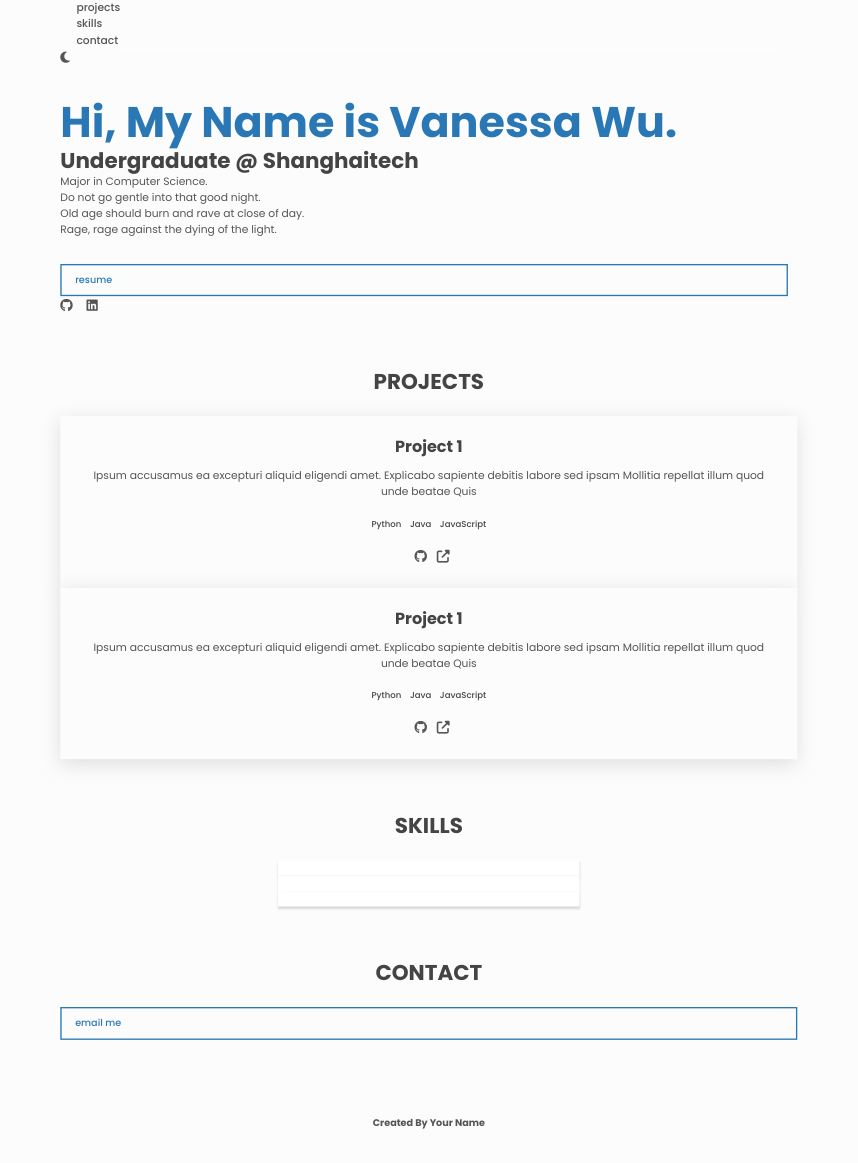
Repository: indiansummer1022/Cubstart
Page: Web Track/hw1/index.html
The author's editor kept a copy of each file at every save. The page is drawn from the files as they stood at one save, then again after the next save.
The browser window is 1280 px wide. The pictures show the whole page, at 67% of full size.
Some web libraries are served in a nearby version.

Above is the page before, as saved 2022-02-15 23:18:38.

### Web Track/hw1/index.html
<!DOCTYPE html>
<html lang="en">

<head>
  <meta charset="UTF-8" />
  <meta name="viewport" content="width=device-width, initial-scale=1" />
  <meta name="description" content="Portfolio" />
  <link rel="preconnect" href="https://fonts.googleapis.com" />
  <link rel="preconnect" href="https://fonts.gstatic.com" crossorigin />
  <link href="https://fonts.googleapis.com/css2?family=Poppins:wght@400;500;700&display=swap" rel="stylesheet" />
  <script src="https://kit.fontawesome.com/fa62c117c7.js" crossorigin="anonymous"></script>
  <!-- BEGIN PART 1 -->
  <link rel="stylesheet" href ="styles.css">
  <title>Vanessa Wu</title>
  <!-- END PART 1 -->
</head>

<body class="light" id="top">
  <header class="header center">
    <!-- BEGIN PART 2 -->
    <h3>
        <a href="/"></a>
    </h3>
    <!-- END PART 2 -->
    <nav class="nav center">
      <ul class="nav__list center">
        <li class="nav__list-item">
          <a class="link link--nav" href="#projects">Projects</a>
        </li>
        <li class="nav__list-item">
          <a class="link link--nav" href="#skills">Skills</a>
        </li>
        <li class="nav__list-item">
          <a class="link link--nav" href="#contact">Contact</a>
        </li>
      </ul>

      <!-- BEGIN PART 5 -->

      <button type="button" aria-label="toggle theme" class="btn btn--icon">
        <i id="btn-theme" class="fas fa-moon"></i>
      </button>

      <!--
        5.1: What does this button tag correspond to on the site?

        Corresponds to the moon icon on top left of the page which to change the light/ dark theme of the website.

      -->

      <button type="button" aria-label="toggle navigation" class="btn btn--icon nav__hamburger">
        <i class="fas fa-bars"></i>
      </button>

      <!--
        5.2: Try Ctrl-F in styles.css and look the class 'nav__hamburger'. You'll notice that it
        appears in 2 places. Why is one of the rules 'display: none' on one instance? How do you
        make it so that this button appears on screen?
        Hint: remember what @media (max-width: 600px) means.

        1. @media (max-width: 600px) is for mobile so hamburger is set to appear on the screen if it is the mobile version.
        The element is hidden if it is the desktop version. [referring: @hannahmcg]
        2. Change 'display: none' to flex so this button will appear.

      -->

      <!-- END PART 5 -->
    </nav>
  </header>

  <main>
    <div class="about center">
      <!-- BEGIN PART 6 -->
      <h1 class="about__name">
        Hi, My Name is Vanessa Wu.
      </h1>
      <h2 class="about_role">
        Undergraduate @ Shanghaitech
      </h2>
      <p class="about-desc">
        Major in Computer Science. <br>
        Do not go gentle into that good night. <br>
        Old age should burn and rave at close of day. <br>
        Rage, rage against the dying of the light. <br>
      </p>
      <!-- END PART 6 -->
      <div class="about__contact center">
        <a href="https://example.com">
          <span class="btn btn--outline">Resume</span>
        </a>

        <a href="https://github.com/" aria-label="github" class="link link--icon">
          <i aria-hidden="true" class="fab fa-github"></i>
        </a>

        <a href="https://linkedin.com/in/" aria-label="linkedin" class="link link--icon">
          <i aria-hidden="true" class="fab fa-linkedin"></i>
        </a>
      </div>
    </div>
    <section id="projects" class="section projects">
      <h2 class="section__title">Projects</h2>
      <div class="projects__grid">
        <!-- BEGIN PART 8 -->
        <div class="project">
          <h3>Project 1</h3>
          <p class="project__description">
            Ipsum accusamus ea excepturi aliquid eligendi amet. Explicabo
            sapiente debitis labore sed ipsam Mollitia repellat illum quod
            unde beatae Quis
          </p>
          <ul class="project__stack">
            <li class="project__stack-item">Python</li>
            <li class="project__stack-item">Java</li>
            <li class="project__stack-item">JavaScript</li>
          </ul>

          <a href="https://github.com" aria-label="source code" class="link link--icon">
            <i aria-hidden="true" class="fab fa-github"></i>
          </a>
          <a href="https://example.com" aria-label="live preview" class="link link--icon">
            <i aria-hidden="true" class="fas fa-external-link-alt"></i>
          </a>
        </div>

        <div class="project">
          <h3>Project 1</h3>
          <p class="project__description">
            Ipsum accusamus ea excepturi aliquid eligendi amet. Explicabo
            sapiente debitis labore sed ipsam Mollitia repellat illum quod
            unde beatae Quis
          </p>
          <ul class="project__stack">
            <li class="project__stack-item">Python</li>
            <li class="project__stack-item">Java</li>
            <li class="project__stack-item">JavaScript</li>
          </ul>

          <a href="https://github.com" aria-label="source code" class="link link--icon">
            <i aria-hidden="true" class="fab fa-github"></i>
          </a>
          <a href="https://example.com" aria-label="live preview" class="link link--icon">
            <i aria-hidden="true" class="fas fa-external-link-alt"></i>
          </a>
        </div>


        <!-- END PART 8 -->
      </div>
    </section>


    <section class="section skills" id="skills">
      <!-- BEGIN PART 10 -->
      <h2 class="section__title">Skills</h2>
      <ul class="skills__list">
        <li class="skills__list-item btn btn--plain"></li>
        <li class="skills__list-item btn btn--plain"></li>
        <li class="skills__list-item btn btn--plain"></li>
      </ul>
      <!-- END PART 10 -->
    </section>
    <section class="section contact center" id="contact">
      <h2 class="section__title">Contact</h2>
      <a href="mailto:youremail@gmail.com">
        <span class="btn btn--outline">Email me</span>
      </a>
    </section>
  </main>

  <footer class="footer">
    <!-- BEGIN PART 12 -->
    <a href="/" class="link footer__link">
      Created By Your Name
    </a>
    <!-- END PART 12 -->
  </footer>


  <div class="scroll-container">
    <div class="scroll-top">
      <a aria-label="Scroll up" href="#top">
        <i aria-hidden="true" class="fas fa-arrow-up"></i>
      </a>
    </div>
  </div>
  <script src="./script.js"></script>
</body>

</html>

### Web Track/hw1/styles.css
/*===============
  global styles
===============*/

* {
  padding: 0;
  margin: 0;
  border: 0;
  outline: 0;
  background-color: inherit;
  color: inherit;
  font-family: inherit;
  font-size: inherit;
  box-shadow: none;
  box-sizing: border-box;
}

html {
  scroll-behavior: smooth;
}

body {
  font-family: "Poppins", sans-serif;
  line-height: 1.5;
  color: var(--clr-fg);
  background-color: var(--clr-bg);
}

.light {
  --clr-bg: #fcfcfc;
  --clr-bg-alt: #fff;
  --clr-fg: #555;
  --clr-fg-alt: #444;
  --clr-primary: #2978b5;
  --shadow: rgba(100, 100, 111, 0.2) 0px 7px 29px 0px;
}

.dark {
  --clr-bg: #23283e;
  --clr-bg-alt: #2a2f4c;
  --clr-fg: #bdbddd;
  --clr-fg-alt: #cdcdff;
  --clr-primary: #90a0d9;
  --shadow: rgba(0, 0, 0, 0.16) 0px 10px 36px 0px,
    rgba(0, 0, 0, 0.06) 0px 0px 0px 1px;
}

::-moz-selection {
  background: var(--clr-primary);
  color: var(--clr-bg);
}

::-webkit-selection,
::selection {
  background: var(--clr-primary);
  color: var(--clr-bg);
}

h1,
h2,
h3,
h4 {
  line-height: 1.2;
  color: var(--clr-fg-alt);
}

h1 {
  font-size: 4rem;
}

h2 {
  font-size: 2rem;
}

h3 {
  font-size: 1.5rem;
}

h4 {
  font-size: 1.3rem;
}

ul {
  list-style-type: none;
}

a {
  text-decoration: none;
}

button {
  cursor: pointer;
}

@media (max-width: 900px) {
  h1 {
    font-size: 2.6rem;
  }
}

/*===================
  buttons and links
===================*/

.link {
  color: var(--clr-primary);
  padding: 0 0 0.3em 0;
  position: relative;
}

.link:hover {
  color: var(--clr-primary);
}

/* BEGIN PART 4 */

.link::before {
  content: "";
  display: inline;
  width: 0%;
  height: 0.2em;
  position: absolute;
  bottom: 0;
  background-color: var(--clr-primary);
  /* transition: */
}

.link:hover::before,
.link:focus::before {
  width: 100%;
  transition: property width, duration 5s, timing-function ease-in;
}

/* END PART 4 */

.link--nav {
  color: var(--clr-fg);
  text-transform: lowercase;
  font-weight: 500;
}

.link--icon {
  color: var(--clr-fg);
  font-size: 1.2rem;
}

.btn {
  display: block;
  padding: 0.8em 1.4em;
  font-weight: 500;
  font-size: 0.9rem;
  text-transform: lowercase;
  transition: transform 0.2s ease-in-out;
}

.btn--outline {
  color: var(--clr-primary);
  border: 2px solid var(--clr-primary);
  position: relative;
  overflow: hidden;
  z-index: 1;
}

.btn--outline:focus,
.btn--outline:hover {
  color: var(--clr-bg);
}

.btn--outline:before {
  content: "";
  position: absolute;
  background-color: var(--clr-primary);
  right: 100%;
  bottom: 0;
  left: 0;
  top: 0;
  z-index: -1;
  transition: right 0.2s ease-in-out;
}

.btn--outline:hover::before,
.btn--outline:focus::before {
  right: 0;
}

.btn--plain {
  text-transform: initial;
  background-color: var(--clr-bg-alt);
  box-shadow: rgba(0, 0, 0, 0.15) 0px 3px 3px 0px;
  border: 0;
}

.btn--plain:hover {
  transform: translateY(-4px);
}

.btn--icon {
  padding: 0;
  font-size: 1.2rem;
}

.btn--icon:hover,
.btn--icon:focus {
  color: var(--clr-primary);
}

.btn--icon:active {
  transform: translateY(-5px);
}

/*========
  layout
========*/

/* BEGIN PART 3 */

.center {
  justify-content: center;
  flex-direction: column;
}

.header {
  height: 8em;
  max-width: 1100px;
  width: 95%;
  margin: 0 auto;
  /* justify-content: */
  justify-content: space-around;
}

/* END PART 3 */

main {
  max-width: 1100px;
  width: 95%;
  margin: 0 auto;
}

.section {
  margin-top: 5em;
}

.section__title {
  text-align: center;
  margin-bottom: 1em;
  text-transform: uppercase;
}

.nav__list {
  margin-right: 1.5em;
  display: flex;
}

.nav__list-item {
  margin-left: 1.5em;
}

.nav__hamburger {
  display: none;
  width: 1em;
}

/* BEGIN PART 7 */

.about {
  flex-direction: column;
  margin-top: 1em;
}

/* END PART 7 */

.about__name {
  color: var(--clr-primary);
}

.about__role {
  margin-top: 1.2em;
}

.about__desc {
  font-size: 1rem;
  max-width: 600px;
}

.about__desc,
.about__contact {
  margin-top: 2.4em;
}

.about .link--icon {
  margin-right: 0.8em;
}

.about .btn--outline {
  margin-right: 1em;
}

/* BEGIN PART 9 */

.projects__grid {
  max-width: 1100px;
  margin: 0 auto;
  /* display: */
  /* grid-template-columns: */
  /* grid-gap: */
}

/* END PART 9 */

.project {
  padding: 2em;
  margin: 0 auto;
  text-align: center;
  box-shadow: var(--shadow);
  transition: transform 0.2s linear;
}

.project:hover {
  transform: translateY(-7px);
}

.project__description {
  margin-top: 1em;
}

.project__stack {
  display: flex;
  flex-wrap: wrap;
  justify-content: center;
  margin: 1.2em 0;
}

.project__stack-item {
  margin: 0.5em;
  font-weight: 500;
  font-size: 0.8rem;
  color: var(--clr-fg-alt);
}

.project .link--icon {
  margin-left: 0.5em;
}

/* BEGIN PART 11 */

.skills__list {
  max-width: 450px;
  width: 95%;
  margin: 0 auto;
  /* display: */
  /* flex-wrap: */
  /* justify-content: */
}

.skills__list-item {
}

/* END PART 11 */

.contact {
  flex-direction: column;
}

.footer {
  padding: 3em 0;
  margin-top: 4em;
  text-align: center;
}

.footer__link {
  font-size: 0.9rem;
  font-weight: 700;
  color: var(--clr-fg);
}

.scroll-top {
  display: none;
  position: fixed;
  bottom: 1em;
  right: 2em;
  background-color: transparent;
  font-size: 1.8rem;
  transition: transform 0.2s ease-in-out;
}

@media (max-width: 600px) {
  .header {
    height: 6em;
  }

  .section {
    margin-top: 4em;
  }

  .nav__list {
    flex-direction: column;
    padding: 4em 0;
    position: absolute;
    right: 0;
    left: 0;
    top: 5em;
    background-color: var(--clr-bg);
    width: 0;
    overflow: hidden;
    transition: width 0.2s ease-in-out;
  }

  .display-nav-list {
    width: 100%;
  }

  .nav__list-item {
    margin: 0.5em 0;
  }

  .nav__hamburger {
    display: flex;
    margin-left: 0.8em;
  }

  .about {
    align-items: flex-start;
    margin-top: 2em;
  }

  .footer {
    padding: 2em;
    margin-top: 3em;
  }

  .scroll-container {
    display: none;
  }
}

### Web Track/hw1/script.js
const body = document.body

const btnTheme = document.querySelector('.fa-moon')
const btnHamburger = document.querySelector('.fa-bars')

const addThemeClass = (bodyClass, btnClass) => {
  body.classList.add(bodyClass)
  btnTheme.classList.add(btnClass)
}

const getBodyTheme = localStorage.getItem('portfolio-theme')
const getBtnTheme = localStorage.getItem('portfolio-btn-theme')

addThemeClass(getBodyTheme, getBtnTheme)

const isDark = () => body.classList.contains('dark')

const setTheme = (bodyClass, btnClass) => {

	body.classList.remove(localStorage.getItem('portfolio-theme'))
	btnTheme.classList.remove(localStorage.getItem('portfolio-btn-theme'))

  addThemeClass(bodyClass, btnClass)

	localStorage.setItem('portfolio-theme', bodyClass)
	localStorage.setItem('portfolio-btn-theme', btnClass)
}

const toggleTheme = () =>
	isDark() ? setTheme('light', 'fa-moon') : setTheme('dark', 'fa-sun')

btnTheme.addEventListener('click', toggleTheme)

const displayList = () => {
	const navUl = document.querySelector('.nav__list')

	if (btnHamburger.classList.contains('fa-bars')) {
		btnHamburger.classList.remove('fa-bars')
		btnHamburger.classList.add('fa-times')
		navUl.classList.add('display-nav-list')
	} else {
		btnHamburger.classList.remove('fa-times')
		btnHamburger.classList.add('fa-bars')
		navUl.classList.remove('display-nav-list')
	}
}

btnHamburger.addEventListener('click', displayList)

const scrollUp = () => {
	const btnScrollTop = document.querySelector('.scroll-top')

	if (
		body.scrollTop > 500 ||
		document.documentElement.scrollTop > 500
	) {
		btnScrollTop.style.display = 'block'
	} else {
		btnScrollTop.style.display = 'none'
	}
}

document.addEventListener('scroll', scrollUp)

After the next save:
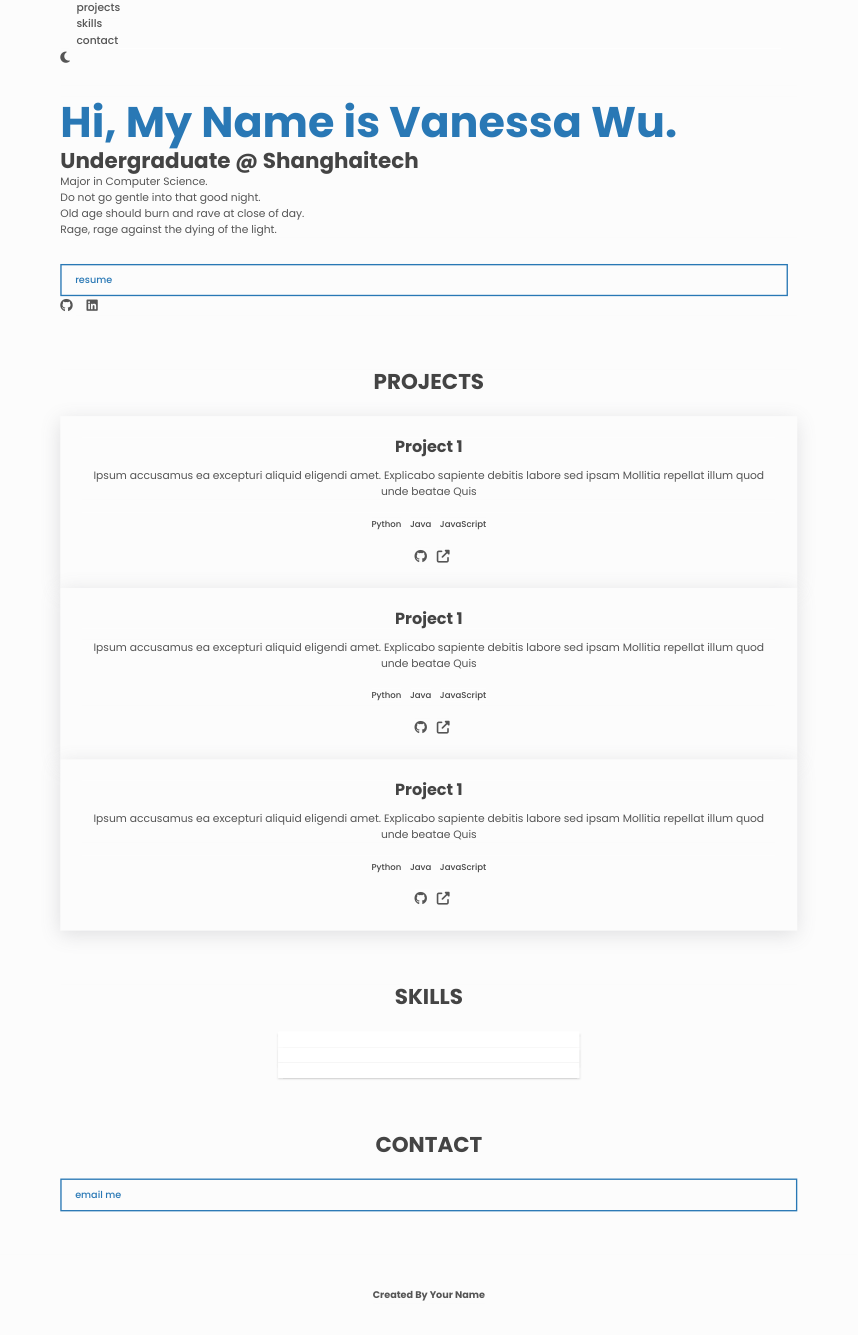
Saved 37 s later.
--- a/Web Track/hw1/index.html
+++ b/Web Track/hw1/index.html
@@ -122,7 +122,7 @@
             <i aria-hidden="true" class="fas fa-external-link-alt"></i>
           </a>
         </div>
-
+        <!-- multiple projects -->
         <div class="project">
           <h3>Project 1</h3>
           <p class="project__description">
@@ -143,8 +143,27 @@
             <i aria-hidden="true" class="fas fa-external-link-alt"></i>
           </a>
         </div>
-
-
+        <!-- multiple projects -->
+        <div class="project">
+          <h3>Project 1</h3>
+          <p class="project__description">
+            Ipsum accusamus ea excepturi aliquid eligendi amet. Explicabo
+            sapiente debitis labore sed ipsam Mollitia repellat illum quod
+            unde beatae Quis
+          </p>
+          <ul class="project__stack">
+            <li class="project__stack-item">Python</li>
+            <li class="project__stack-item">Java</li>
+            <li class="project__stack-item">JavaScript</li>
+          </ul>
+
+          <a href="https://github.com" aria-label="source code" class="link link--icon">
+            <i aria-hidden="true" class="fab fa-github"></i>
+          </a>
+          <a href="https://example.com" aria-label="live preview" class="link link--icon">
+            <i aria-hidden="true" class="fas fa-external-link-alt"></i>
+          </a>
+        </div>
         <!-- END PART 8 -->
       </div>
     </section>
